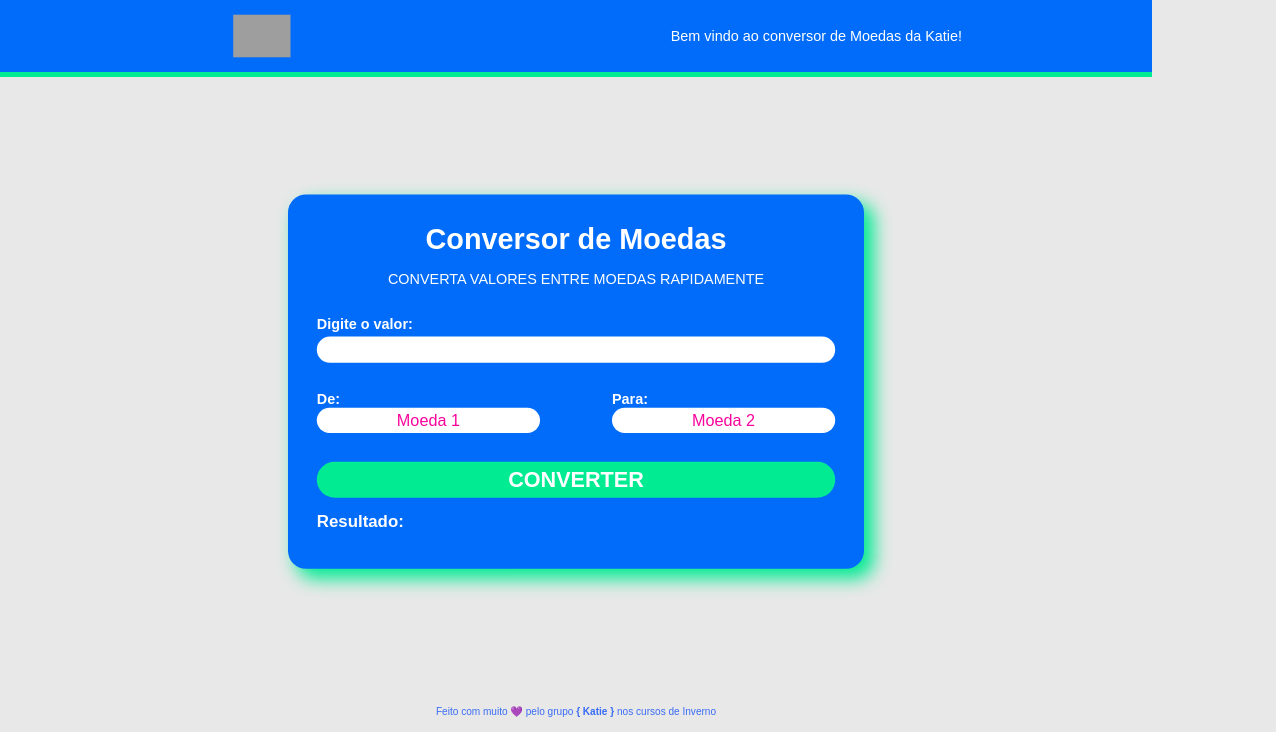
Repository: willamesalmeida/Conversor-de-Moedas
Page: index.html
An editor plug-in stored every save of this project. The page is shown before and after the next save, followed by the edit.
The browser window is 1280 px wide. The page is 1280 px wide, then 1418 px, then 1280 px, so the pictures cover 1418 px, including what lies to the right of the window. The pictures show the whole page, at 90% of full size.
Pictures or frames that could not be fetched are drawn as grey boxes.

Above is the page before, as saved 2022-08-07 17:33:29.

After the next save:
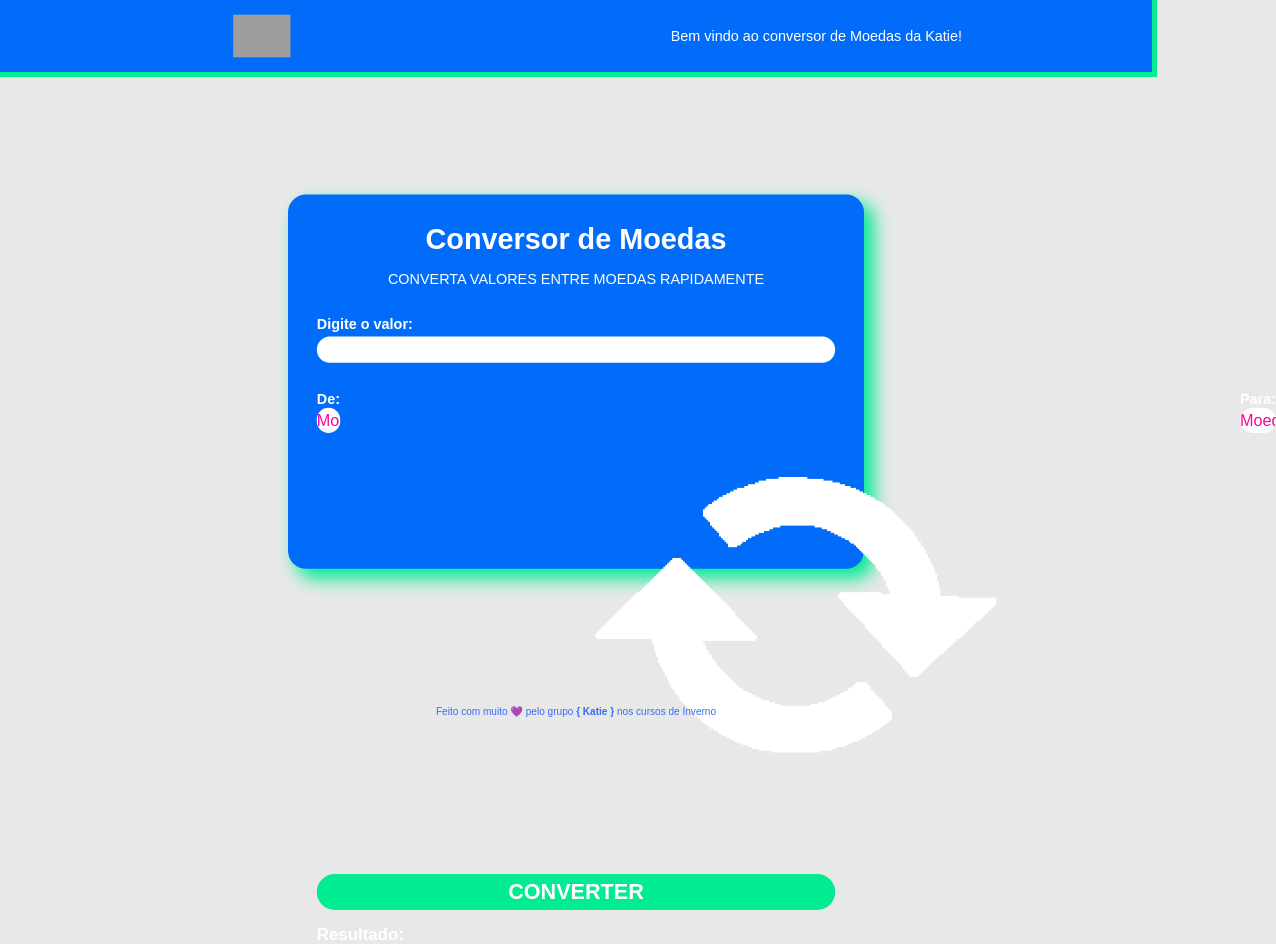
Saved 5 min 25 s later.
--- a/index.html
+++ b/index.html
@@ -36,7 +36,9 @@
                         <option value="EUR">Euro</option>
                       </select>
                 </div>
-
+                <div>
+                    <img src="./conversor.png" alt="">
+                </div>
                 <div class="converter-para">
                     <label>Para:</label>
                     <select name="moedaspara" id="moedaspara">

After the save that followed:
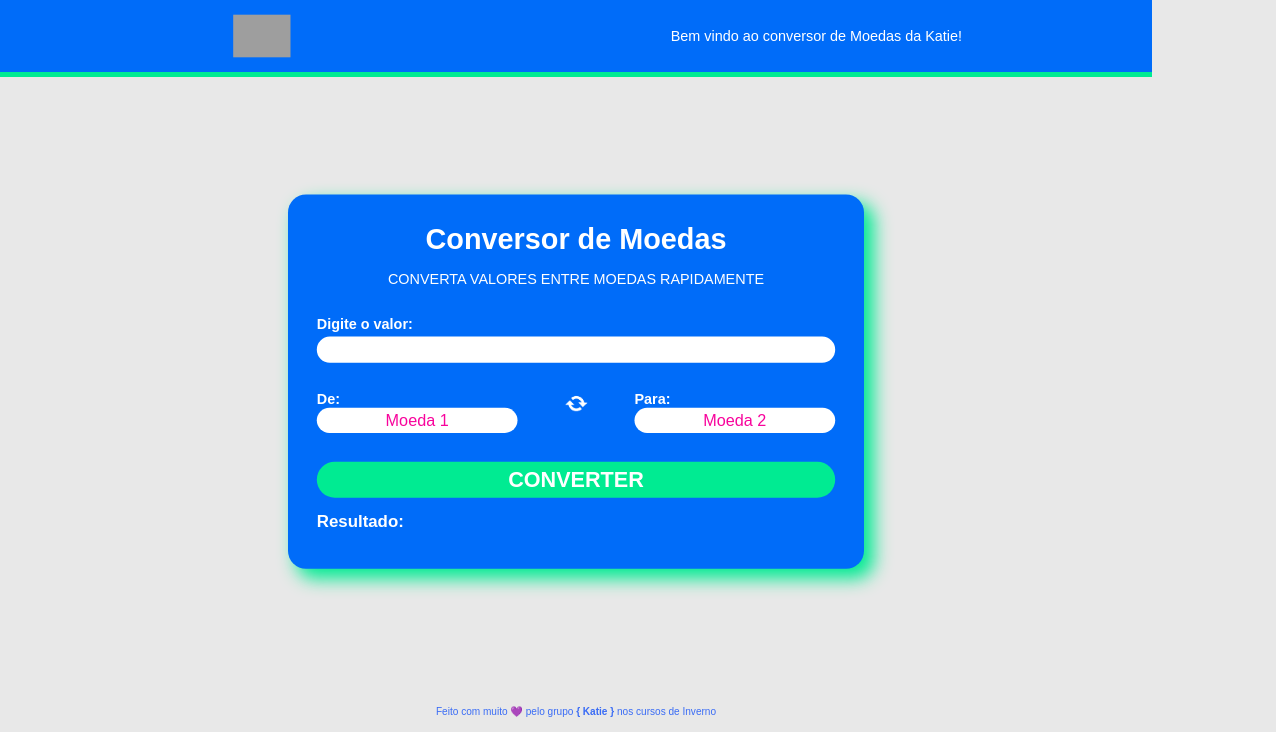
Saved 21 s later.
--- a/index.html
+++ b/index.html
@@ -37,7 +37,7 @@
                       </select>
                 </div>
                 <div>
-                    <img src="./conversor.png" alt="">
+                    <img src="./conversor.png" width="50px">
                 </div>
                 <div class="converter-para">
                     <label>Para:</label>
